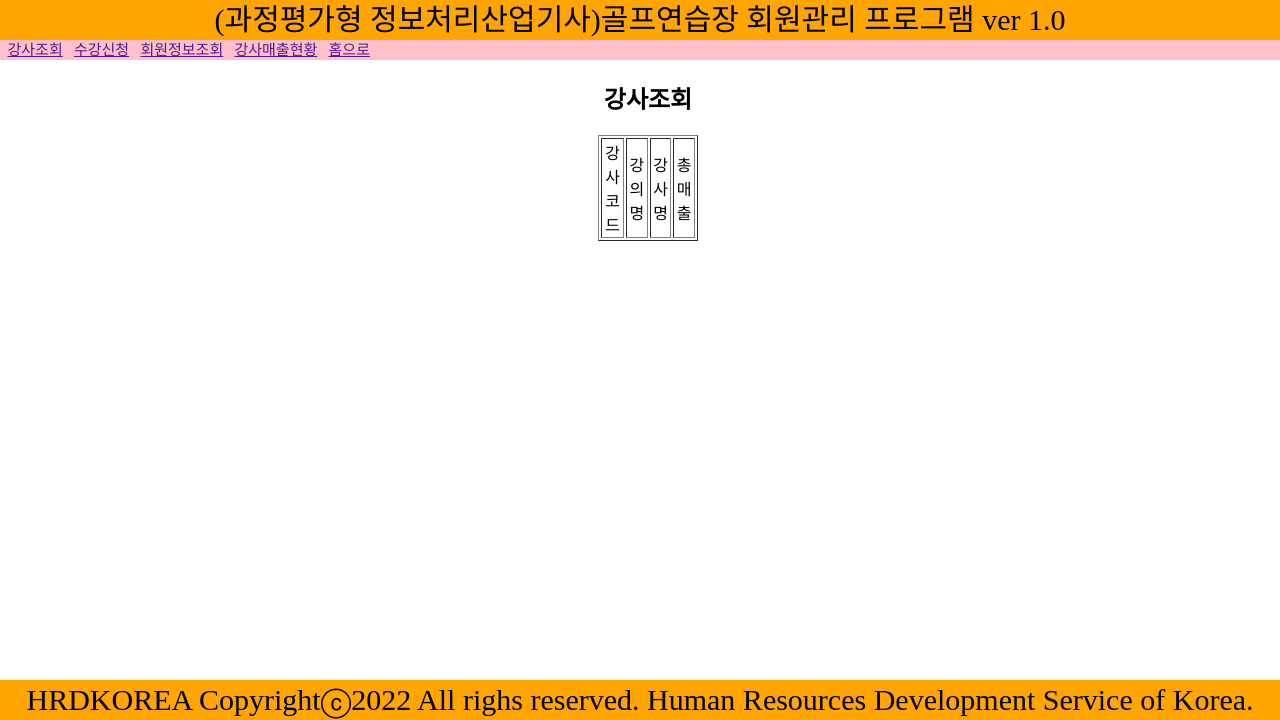
Repository: YeoJeongmo/hrdKorea
Page: http://localhost/HRD_1/teacher_salary.jsp
These files come from the project's save history. The page is drawn as it stood at one moment and after the next save; the edit follows.
The browser window is 1280 px wide. The pictures show the whole page.
The page is served by Tomcat 9. Queries for data that is not in the repository find no rows.

Above is the page before, as saved 2024-09-04 12:09:06.

### cbq_05/workspace/HRD_1/src/main/webapp/teacher_salary.jsp
<%@page import="DBPKG.Util"%>
<%@page import="java.sql.*"%>
<%@ page language="java" contentType="text/html; charset=UTF-8"
    pageEncoding="UTF-8"%>
<!DOCTYPE html>
<html>
<head>
<meta charset="UTF-8">
<title>Insert title here</title>
</head>
<body>
<jsp:include page="header.jsp"></jsp:include>
<section style="position: fixed; top: 60px; width: 100%;">
	<h2 style="text-align: center;">강사조회</h2>
	<form style="display: flex; justify-content: center; text-align: center;">
	<table border="1" style="width: 100px;">
		<tr>
			<td> 강사코드 </td>
			<td> 강의명 </td>
			<td> 강사명 </td>
			<td> 총매출 </td>
		</tr>
<%
request.setCharacterEncoding("UTF-8");

try{
	Connection conn = Util.getConnection();
	String sql = "select tt.teacher_code, tt.class_name, tt.teacher_name, sum(tuition) from tbl_teacher_202201 tt, tbl_class_202201 tc where tt.teacher_code=tc.teacher_code group by tt.teacher_code, tt.class_name, tt.teacher_name order by tt.teacher_code asc";
	PreparedStatement pstmt = conn.prepareStatement(sql);
	ResultSet rs = pstmt.executeQuery();
	while(rs.next()){
		String st = "￦ " + rs.getString(4).substring(0, 3) + "," + rs.getString(4).substring(3);
%>
		<tr>
			<td> <%=rs.getString(1) %> </td>
			<td> <%=rs.getString(2) %> </td>
			<td style="text-align: right;"> <%=rs.getString(3) %> </td>
			<td style="text-align: right;"> <%=st %> </td>
		</tr>
<%
	}
} catch (Exception e){
	e.printStackTrace();
}
%>
	</table>
	</form>
</section>
<jsp:include page="footer.jsp"></jsp:include>
</body>
</html>

### cbq_05/workspace/HRD_1/src/main/webapp/header.jsp
<%@ page language="java" contentType="text/html; charset=UTF-8"
    pageEncoding="UTF-8"%>
<!DOCTYPE html>
<html>
<head>
<meta charset="UTF-8">
<title>Insert title here</title>
</head>
<body>
<header style="position: fixed; top: 0; left: 0; line-height: 40px; width: 100%; height: 40px; font-size: 30px; text-align: center; background-color: orange; color: black;">(과정평가형 정보처리산업기사)골프연습장 회원관리 프로그램 ver 1.0</header>
<nav  style="position: fixed; top: 40px; left: 0; line-height: 20px; width: 100%; height: 20px; font-size: 15px; background-color: pink; color: black;">
&nbsp;&nbsp;<a href="">강사조회</a>
&nbsp;&nbsp;<a href="">수강신청</a>
&nbsp;&nbsp;<a href="">회원정보조회</a>
&nbsp;&nbsp;<a href="">강사매출현황</a>
&nbsp;&nbsp;<a href="">홈으로</a>
</nav>
</body>
</html>

### cbq_05/workspace/HRD_1/src/main/webapp/footer.jsp
<%@ page language="java" contentType="text/html; charset=UTF-8"
    pageEncoding="UTF-8"%>
<!DOCTYPE html>
<html>
<head>
<meta charset="UTF-8">
<title>Insert title here</title>
</head>
<body>
<footer style="position: fixed; bottom: 0; left: 0; line-height: 40px; width: 100%; height: 40px; font-size: 30px; text-align: center; background-color: orange; color: black;">HRDKOREA Copyrightⓒ2022 All righs reserved. Human Resources Development Service of Korea.</footer>
</body>
</html>

### cbq_05/workspace/HRD_1/src/main/java/DBPKG/Util.java
package DBPKG;
import java.sql.*;

public class Util {
	 public static Connection getConnection() throws Exception{
	 Class.forName("oracle.jdbc.OracleDriver");
	 Connection con = DriverManager.getConnection
	 ("jdbc:oracle:thin:@//localhost:1521/xe","system","1234");
	 return con;
	 }
}

After the next save:
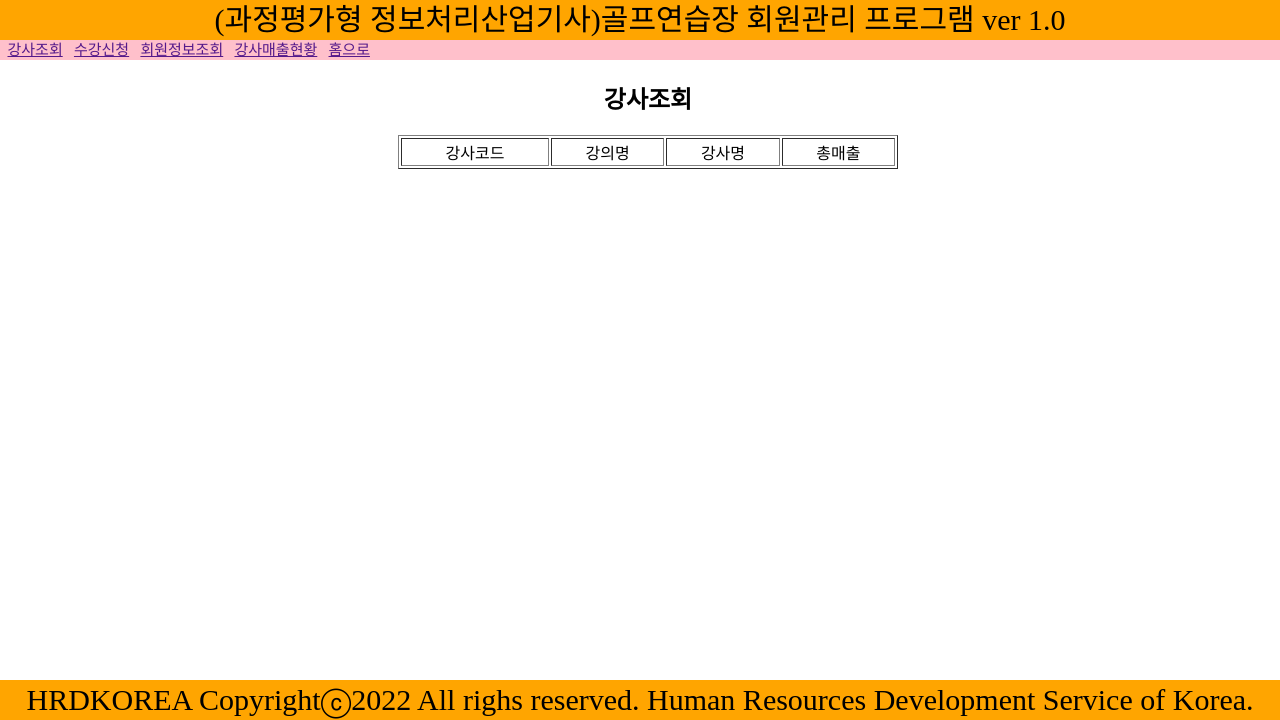
Saved 7 s later.
--- a/cbq_05/workspace/HRD_1/src/main/webapp/teacher_salary.jsp
+++ b/cbq_05/workspace/HRD_1/src/main/webapp/teacher_salary.jsp
@@ -13,7 +13,7 @@
 <section style="position: fixed; top: 60px; width: 100%;">
 	<h2 style="text-align: center;">강사조회</h2>
 	<form style="display: flex; justify-content: center; text-align: center;">
-	<table border="1" style="width: 100px;">
+	<table border="1" style="width: 500px;">
 		<tr>
 			<td> 강사코드 </td>
 			<td> 강의명 </td>
